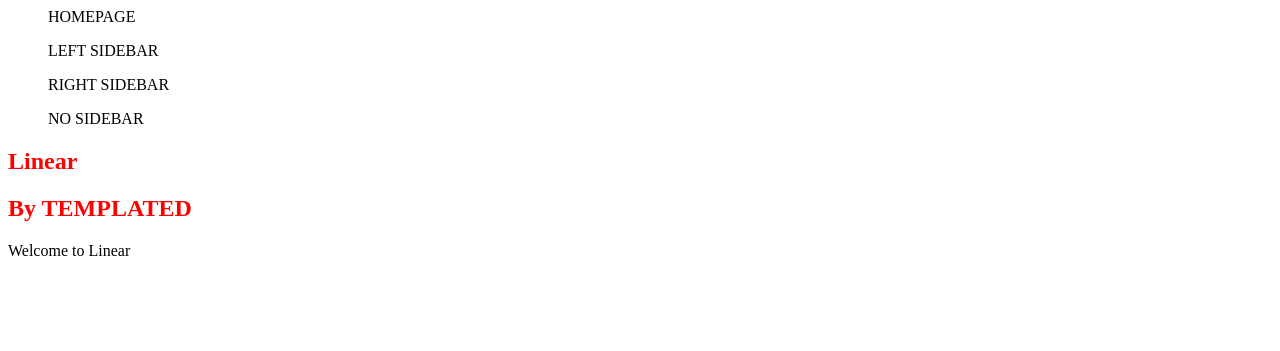
Repository: zhaojing/ThreeWeek
Page: week1.html
These files come from the project's save history. The page is drawn as it stood at one moment and after the next save; the edit follows.
The browser window is 1280 px wide. The pictures show the whole page.

Above is the page before, as saved 2018-04-24 17:53:54.

### week1.html
<html lang="en">
<head>
    <meta charset="UTF-8">
    <meta name="viewport" content="width=device-width, initial-scale=1.0">
    <meta http-equiv="X-UA-Compatible" content="ie=edge">
    <title>3 weeks 3 pages first week</title>
    <link href="./css/first-page.css" rel="stylesheet">
</head>
<body>
    <header>
        <nav>
            <ul>HOMEPAGE</ul>
            <ul>LEFT SIDEBAR</ul>
            <ul>RIGHT SIDEBAR</ul>
            <ul>NO SIDEBAR</ul>
        </nav>
        <section>
            <h1>Linear</h1>
            <h1>By TEMPLATED</h1>
        </section>
    </header>
    <div>
     <P>Welcome to Linear</P>
    </div>
</body>
</html>

Loaded but not shown: css/first-page.css (common file)

After the next save:
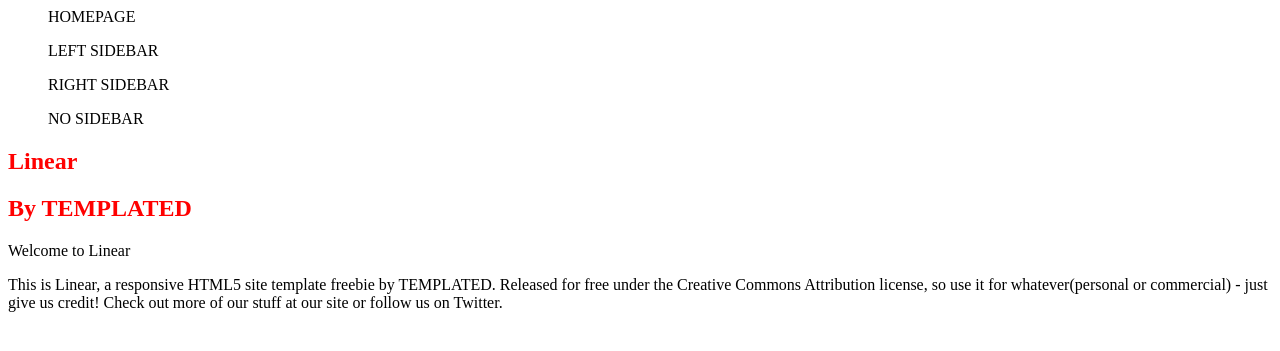
Saved 44 s later.
--- a/week1.html
+++ b/week1.html
@@ -21,6 +21,7 @@
     </header>
     <div>
      <P>Welcome to Linear</P>
+     <P>This is Linear, a responsive HTML5 site template freebie by TEMPLATED. Released for free under the Creative Commons Attribution license, so use it for whatever(personal or commercial) - just give us credit! Check out more of our stuff at our site or follow us on Twitter.</P>
     </div>
 </body>
 </html>
